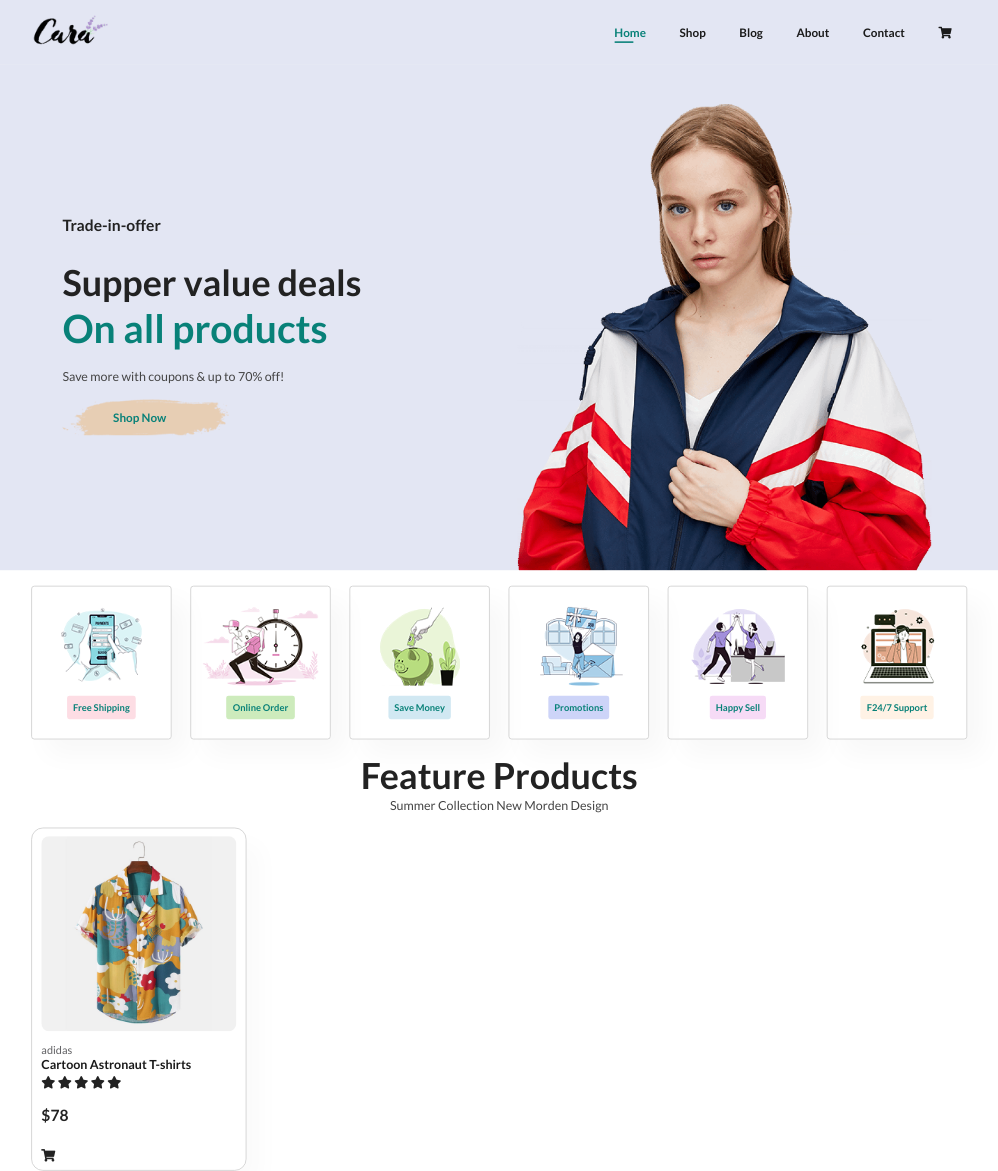
Repository: Nguyenductuan-dev/Website-Clothes
Page: index.html
An editor plug-in stored every save of this project. The page is shown before and after the next save, followed by the edit.
The browser window is 1280 px wide. The pictures show the whole page, at 78% of full size.

Above is the page before, as saved 2022-04-26 00:57:48.

### index.html
<!DOCTYPE html>
<html lang="en">
<head>
    <meta charset="UTF-8">
    <meta http-equiv="X-UA-Compatible" content="IE=edge">
    <meta name="viewport" content="width=device-width, initial-scale=1.0">
    <link rel="shortcut icon" href="assets/imgs/favicon.png" type="image/x-icon">
    <link rel="stylesheet" href="https://cdnjs.cloudflare.com/ajax/libs/font-awesome/5.15.1/css/all.min.css" />
    <link rel="preconnect" href="https://fonts.googleapis.com">
    <link rel="preconnect" href="https://fonts.gstatic.com" crossorigin>
    <link href="https://fonts.googleapis.com/css2?family=Lato:wght@400;700&family=Montserrat:ital,wght@0,200;0,300;0,400;0,500;0,600;0,700;1,600&display=swap" rel="stylesheet">
    <link rel="stylesheet" href="assets/css/style.css">
    <title>Website Clothes</title>
</head>
<body>
    <!-- ======================= HEADER ====================== -->
    <header class="header " id="header">
        <div class="header__container container">
            <a href="index.html" class="header__logo">
                <img src="assets/images/logo.png" alt="" class="header__logo-img">
            </a>

            <div class="navbar" id="navbar">
                <ul class="navbar__list">
                    <li class="navbar__item ">
                        <a href="index.html" class="navbar__link navbar__active">Home</a>
                    </li>
                    <li class="navbar__item">
                        <a href="shop.html" class="navbar__link">Shop</a>
                    </li>
                    <li class="navbar__item">
                        <a href="blog.html" class="navbar__link">Blog</a>
                    </li>
                    <li class="navbar__item">
                        <a href="about.html" class="navbar__link">About</a>
                    </li>
                    <li class="navbar__item">
                        <a href="contact.html" class="navbar__link">Contact</a>
                    </li>
                    <li class="navbar__item">
                        <a href="cart.html" class="navbar__link">
                            <i class="fas fa-shopping-cart"></i>
                        </a>
                    </li>
                </ul>
            </div>
        </div>
    </header>

    <!-- ======================= BANNER ====================== -->
    <section class="banner" id="banner">
        <div class="banner__container container">
            <h4>Trade-in-offer</h4>
            <h2>Supper value deals</h2>
            <h1>On all products</h1>
            <p>Save more with coupons & up to 70% off!</p>
            <button class="banner__btn">
                Shop Now
            </button>
        </div>
    </section>

    <!-- ======================= FEATURE ====================== -->
    <section class="feature container" id="feature">
        <div class="feature__box">
            <img src="assets/images/features/f1.png" alt="" class="feature__img">
            <h6 class="feature__title">Free Shipping</h6>
        </div>
        <div class="feature__box">
            <img src="assets/images/features/f2.png" alt="" class="feature__img">
            <h6 class="feature__title">Online Order</h6>
        </div>
        <div class="feature__box">
            <img src="assets/images/features/f3.png" alt="" class="feature__img">
            <h6 class="feature__title">Save Money</h6>
        </div>
        <div class="feature__box">
            <img src="assets/images/features/f4.png" alt="" class="feature__img">
            <h6 class="feature__title">Promotions</h6>
        </div>
        <div class="feature__box">
            <img src="assets/images/features/f5.png" alt="" class="feature__img">
            <h6 class="feature__title">Happy Sell</h6>
        </div>
        <div class="feature__box">
            <img src="assets/images/features/f6.png" alt="" class="feature__img">
            <h6 class="feature__title">F24/7 Support</h6>
        </div>
    </section>

    <!-- ======================= PRODUCTS ====================== -->
    <section class="product1 container" id="product1">
        <div class="product1__heading">
            <h2 class="product1__heading-title">Feature Products</h2>
            <p class="product1__heading-description">Summer Collection New Morden Design</p>
        </div>
        <div class="product1__list">
            <div class="product1__item">
                <a href="" class="product1__link">
                    <img src="assets/images/products/f1.jpg" alt="" class="product1__img">
                    <div class="product1__des">
                        <span class="product1__brand">adidas</span>
                        <h5 class="product1__title">Cartoon Astronaut T-shirts</h5>
                        <div class="product1__rate">
                            <i class="fas fa-star"></i>
                            <i class="fas fa-star"></i>
                            <i class="fas fa-star"></i>
                            <i class="fas fa-star"></i>
                            <i class="fas fa-star"></i>
                        </div>
                        <h4 class="product1__price">$78</h4>
                    </div>
                    <a href="#" class="product1__cart">
                        <i class="fas fa-shopping-cart"></i>
                    </a>
                </a>
            </div>
        </div>
    </section>

    <script src="assets/js/main.js"></script>
</body>
</html>

### assets/css/style.css
* {
    margin: 0;
    padding: 0;
    box-sizing: border-box;
    font-family: 'Lato', sans-serif;
}
h1 {
    font-size: 50px;
    line-height: 64px;
    color: #222;
}
h2 {
    font-size: 46px;
    line-height: 54px;
    color: #222;
}

h4 {
    font-size: 20px;
    line-height: 64px;
    color: #222;
}
h6 {
    font-weight: 700;
    font-size: 12px;
}
p {
    font-size: 16px;
    color: #444;
}
a {
    text-decoration: none;
    color: #222;
}
ul, li {
    list-style: none;
    padding: 0;
    margin: 0;
}
body {
    width: 100%;
}
.container {
    max-width: 1200px;
    margin: auto;
}
/* ================ HEADER =================== */
.header {
    background-color: #e3e6f3;
    box-shadow: 0 5px 15px rgba(0, 0, 0, .06);
    padding: 20px 0;
}
.header__container {
    max-width: 1200px;
    display: flex;
    justify-content: space-between;
    align-items: center;
    margin: auto;
}
.navbar {
    display: inline-block;
}
.navbar__item {
    display: inline-block;
    list-style: none;
    padding: 0 20px;
    position: relative;
}
.navbar__link {
    text-decoration: none;
    color: #1a1a1a;
    font-size: 15px;
    font-weight: 600;
    transition: .3s ease;

}
.navbar__link:hover,
.navbar__link.navbar__active {
    color: #088178;
}
.navbar__active::after,
.navbar__link:hover::after {
    content: '';
    width: 30%;
    height: 2px;
    background-color: #088178;
    position: absolute;
    bottom: -4px;
    left: 20px;
}
.scroll-header {
    position: fixed;
    top: 0;
    left: 0;
    width: 100%;
    padding: 10px 0;
    transition: .4s;
}
/* ================ BANNER =================== */
.banner {
    background-image: url('../images/hero4.png');
    width: 100%;
    background-position: top 25% right 0;
    background-size: cover;
    padding: 0 80px;
}
.banner__container {
    display: flex;
    height: 90vh;
    flex-direction: column;
    align-items: flex-start;
    justify-content: center;
}
.banner__container h4 {
    padding-bottom: 15px;
}
.banner__container h1 {
    color: #088178;
}
.banner__container p {
    padding: 20px 0;
}
.banner__container .banner__btn {
    background-image: url('../images/button.png');
    background-color: transparent;
    color: #088178;
    border: none;
    padding: 14px 80px 14px 65px;
    background-repeat: no-repeat;
    cursor: pointer;
    font-weight: 700;
    font-size: 15px;
}
/* ================ FEATURE =================== */
.feature {
    display: flex;
    justify-content: space-between;
    align-items: center;
    flex-wrap: wrap;
}
.feature__box {
    width: 180px;
    box-shadow: 20px 20px 34px rgba(0, 0, 0, .03);
    border: 1px solid #ccc;
    text-align: center;
    padding: 25px 15px;
    border-radius: 4px;
    margin-top: 20px;
}
.feature__box:hover {
    box-shadow: 10px 10px 54px rgba(70, 62, 211, .1);
}
.feature__img {
    width: 100%;
    margin-bottom: 10px;
}
.feature__title {
    padding: 9px 8px;
    line-height: 1;
    border-radius: 3px;
    color: #088178;
    background-color: #fddde4;
    display: inline-block;
}
.feature__box:nth-child(2) .feature__title {
    background-color: #cdebbc;
}
.feature__box:nth-child(3) .feature__title {
    background-color: #d1e8f2;
}
.feature__box:nth-child(4) .feature__title {
    background-color: #cdd4f8;
}
.feature__box:nth-child(5) .feature__title {
    background-color: #f6dbf6;
}
.feature__box:nth-child(6) .feature__title {
    background-color: #fff2e5;
}

/* ================ PRODUCT 1 =================== */
.product1 {
    margin-top: 20px;
}
.product1__heading {
    text-align: center;
}
.product1__list {
    margin-top: 20px;
}
.product1__item {
    width: 23%;
    min-width: 250px;
    padding: 10px 12px;
    border: 1px solid #ccc;
    box-shadow: 20px 20px 30px rgba(0, 0, 0, .02);
    border-radius: 15px;
    margin-top: 15px;
    transition: .2s ease;
    cursor: pointer;
}
.product1__item:hover {
    box-shadow: 20px 20px 30px rgba(0, 0, 0, .06);
}
.product1__img {
    width: 100%;
    border-radius: 10px;
}
.product1__des {
    padding: 10px 0;
}
.product1__brand {
    font-size: 14px;
    color: #606063;
    margin-bottom: 5px;
}
.product1__title {
    color: #1a1a1a;
    font-size: 16px;
    margin-bottom: 5px;
}

### assets/js/main.js
/* ================ SCROLL HEADER ================*/
function scrollheader() {
    let header = document.getElementById('header');
    if (this.scrollY >= 200) {
        header.classList.add('scroll-header');
    }
    else {
        header.classList.remove('scroll-header');
    }
}
window.addEventListener('scroll', scrollheader);

After the next save:
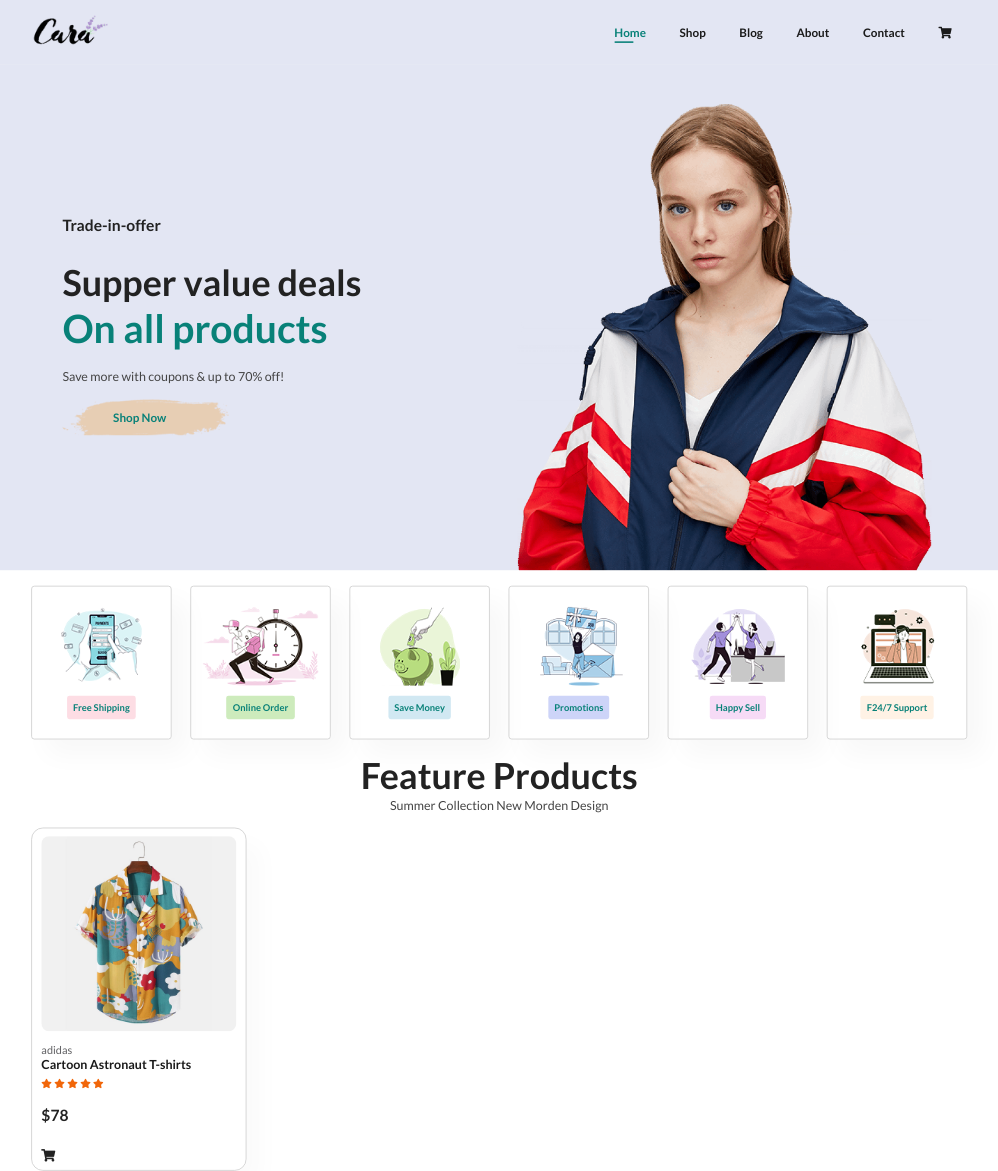
Saved 84 s later.
--- a/assets/css/style.css
+++ b/assets/css/style.css
@@ -219,3 +219,10 @@ body {
     font-size: 16px;
     margin-bottom: 5px;
 }
+.product1__rate {
+
+}
+.product1__rate i {
+    color: #f16609;
+    font-size: 12px;
+}
